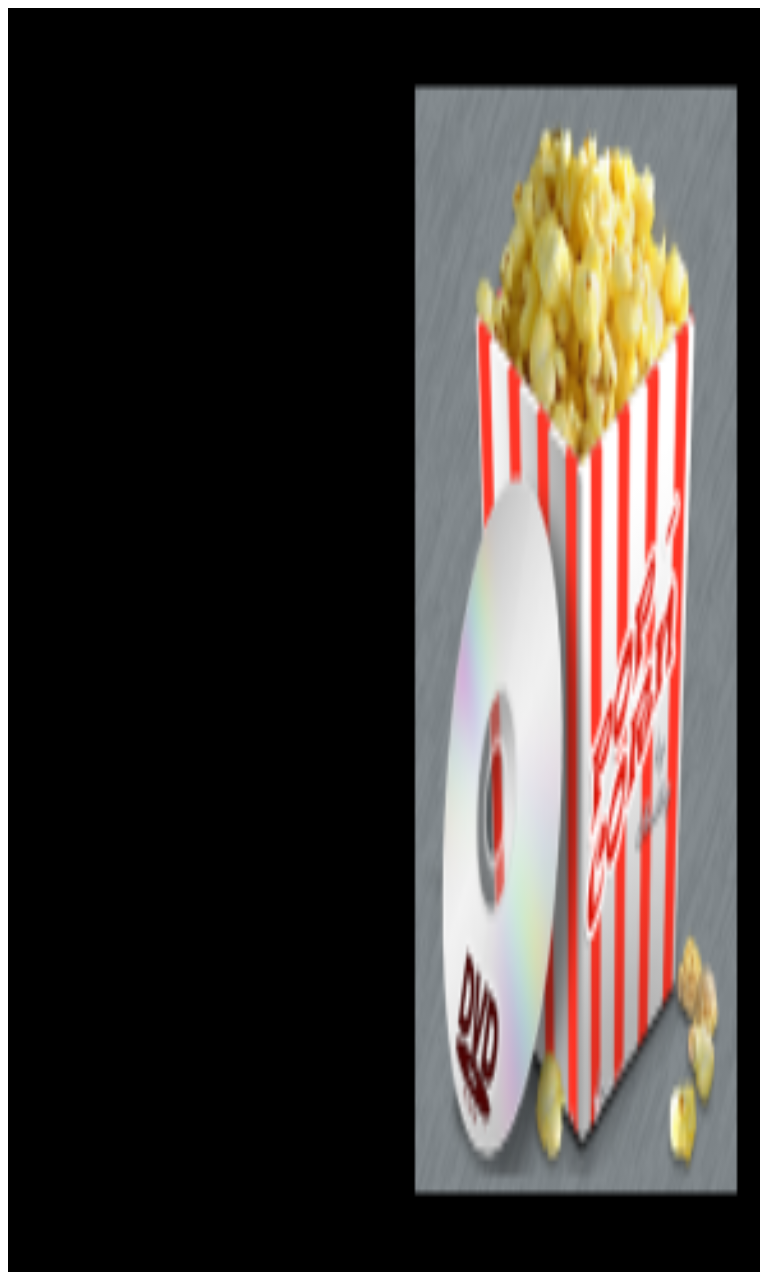
Repository: efreestone/MDF3_Freestone
Layout: MDF3Project3/res/layout/widget_layout.xml
The author's editor kept a copy of each file at every save. The layout is drawn from the files as they stood at one save, then again after the next save.
It is drawn on a 768 x 1280 px phone screen (xhdpi) without system bars, with theme AppTheme; the app's code is not run.

Above is the layout before, as saved 2014-07-23 21:33:04.

After the next save:
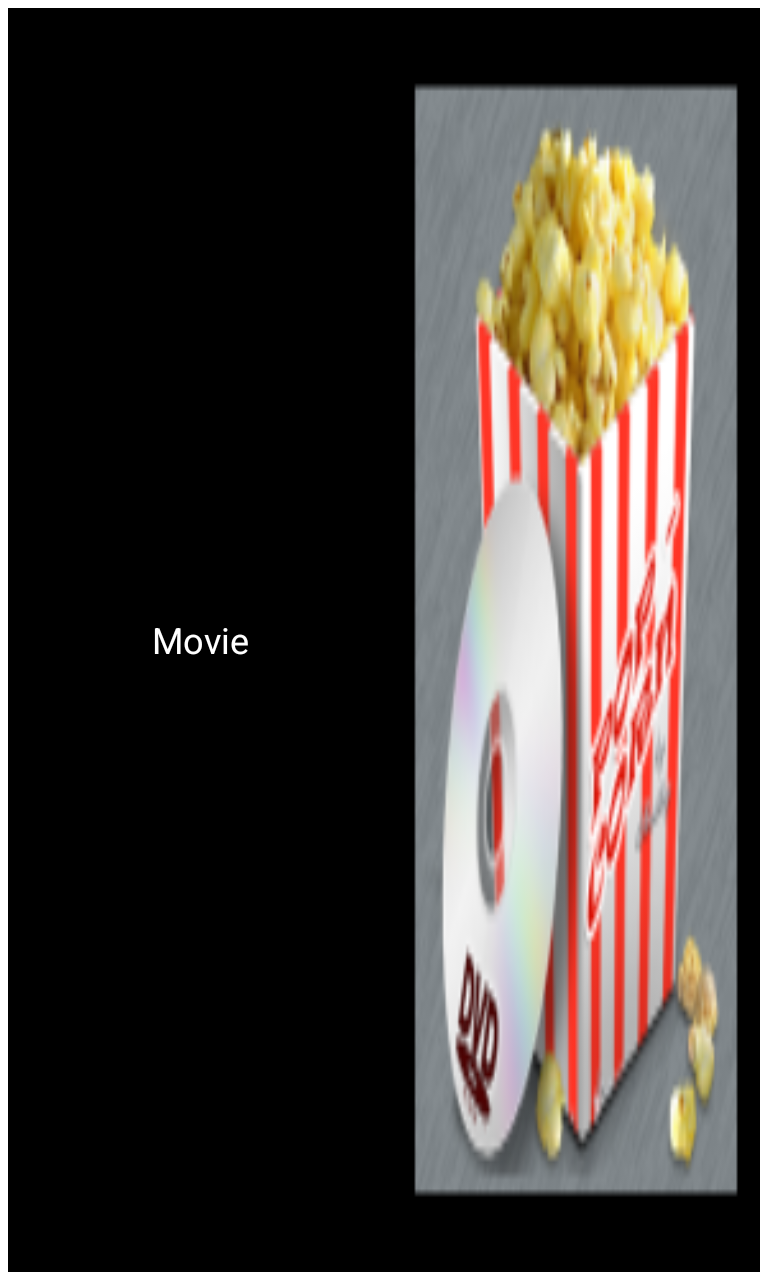
Saved 95 s later.
--- a/MDF3Project3/res/layout/widget_layout.xml
+++ b/MDF3Project3/res/layout/widget_layout.xml
@@ -16,6 +16,7 @@
             android:layout_height="match_parent"
             android:gravity="center"
             android:textAppearance="?android:attr/textAppearanceMedium"
+            android:textColor="#ffffff"
             android:layout_weight="1"
             android:layout_marginLeft="4dp"
             android:layout_marginRight="4dp"
